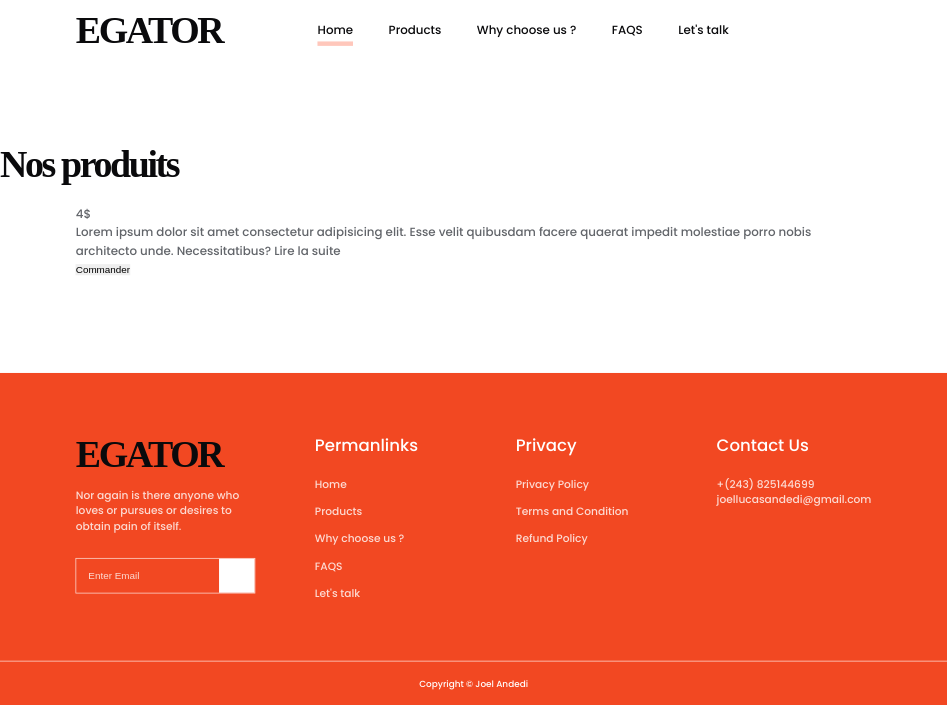
Repository: lucas-andedi/healthy
Page: produit.html
These files come from the project's save history. The page is drawn as it stood at one moment and after the next save; the edit follows.
The browser window is 1280 px wide. The pictures show the whole page, at 74% of full size.
Some icons come from a web library that is not loaded, so they are not drawn. Some web fonts or font styles are not loaded; a fallback is used.

Above is the page before, as saved 2022-07-12 23:10:50.

### produit.html
<!DOCTYPE html>
<html lang="en">
  <head>
    <meta charset="UTF-8" />
    <meta http-equiv="X-UA-Compatible" content="IE=edge" />
    <meta name="viewport" content="width=device-width, initial-scale=1.0" />
    <title>Product website</title>
    <!-- ICONSOUT CDN -->
    <link
      rel="stylesheet"
      href="https://unicons.iconscout.com/release/v2.1.6/css/unicons.css"
    />
    <!-- FONTS -->
    <link
      href="https://fonts.googleapis.com/css2?family=Abhaya+Libre:wght@800&family=Poppins:ital,wght@0,100;0,200;0,300;0,500;0,600;0,700;0,800;0,900;1,100;1,200;1,300;1,400;1,500;1,600;1,700;1,800;1,900&display=swap"
      rel="stylesheet"
    />
    <!-- SWIPER CSS-->
    <link
      rel="stylesheet"
      href="https://unpkg.com/swiper@8/swiper-bundle.min.css"
    />
    <!-- CSS STYLE SHEET -->
    <link rel="stylesheet" href="style.css" />
    <link rel="stylesheet" href="contact.css" />
  </head>
  <body>
    <nav>
      <div class="container">
        <a href="index.html">
          <h2>EGATOR</h2>
        </a>

        <ul>
          <li><a href="index.html" class="active">Home</a></li>
          <li><a href="index.html#products">Products</a></li>
          <li><a href="index.html#why-choose-us">Why choose us ?</a></li>
          <li><a href="faqs.html">FAQS</a></li>
          <li><a href="contact.html">Let's talk </a></li>
        </ul>

        <div class="icons">
          <a href=""><i class="uil uil-search"></i></a>
          <a href=""><i class="uil uil-shopping-basket"></i></a>
          <a href=""><i class="uil uil-user"></i></a>
        </div>

        <button id="menu-btn"><i class="uil uil-bars"></i></button>
        <button id="close-btn">
          <i class="uil uil-bars"></i><i class="uil uil-multiply"></i>
        </button>
      </div>
    </nav>

    <!-- ============ END OF NAVBAR -->

    <section class="produit">
      <h2>Nos produits</h2>
      <div class="container">
        <article>
          <div class="banner">
            <div class="image">
              <img src="" alt="" />
            </div>
            <div class="price">4$</div>
          </div>
          <div class="content">
            <p>
              Lorem ipsum dolor sit amet consectetur adipisicing elit. Esse
              velit quibusdam facere quaerat impedit molestiae porro nobis
              architecto unde. Necessitatibus? <span>Lire la suite</span>
            </p>
          </div>
          <button>Commander</button>
        </article>
      </div>
    </section>

    <footer>
      <div class="container">
        <div class="f1">
          <div class="logo">
            <a href="index.html">
              <h2>EGATOR</h2>
            </a>
          </div>
          <p>
            Nor again is there anyone who loves or pursues or desires to obtain
            pain of itself.
          </p>
          <div class="subscribe">
            <input type="email" name="" id="" placeholder="Enter Email" />
            <button><i class="uil uil-arrow-right"></i></button>
          </div>
        </div>
        <div class="f2">
          <h4>Permanlinks</h4>
          <ul>
            <li><a href="index.html">Home</a></li>
            <li><a href="#products">Products</a></li>
            <li><a href="#why-choose-us">Why choose us ?</a></li>
            <li><a href="faqs.html">FAQS</a></li>
            <li><a href="contact.html">Let's talk </a></li>
          </ul>
        </div>
        <div class="f3">
          <h4>Privacy</h4>
          <ul>
            <li><a href="#">Privacy Policy</a></li>
            <li><a href="#">Terms and Condition</a></li>
            <li><a href="#">Refund Policy</a></li>
          </ul>
        </div>
        <div class="f4">
          <h4>Contact Us</h4>
          <p>+(243) 825144699 joellucasandedi@gmail.com</p>
          <ul class="socials">
            <li>
              <a href="#" target="_blank"
                ><i class="uil uil-instagram-alt"></i
              ></a>
            </li>
            <li>
              <a href="#" target="_blank"><i class="uil uil-facebook"></i></a>
            </li>
            <li>
              <a href="#" target="_blank"><i class="uil uil-twitter"></i></a>
            </li>
          </ul>
        </div>
      </div>

      <div class="copyright">
        <small>Copyright &copy; Joel Andedi </small>
      </div>
    </footer>
    <script src="./main.js"></script>
  </body>
</html>

### style.css
:root {
  --color-primary: #f24822;
  --color-primary-variant: #ffc7bb;
  --color-black: #0a0a0c;
  --color-dark: #62656a;
  --color-white: #fff;
  --color-light: rgba(255, 255, 255, 0.8);

  --width: 84%;
  --mobile-width: 92%;
}
* {
  margin: 0;
  padding: 0;
  outline: 0;
  border: 0;
  text-decoration: none;
  list-style: none;
  box-sizing: border-box;
}

html {
  scroll-behavior: smooth;
}
body {
  font-family: "Poppins", sans-serif;
  color: var(--color-dark);
  background-color: var(--color-white);
}

.container {
  width: var(--width);
  margin: 0 auto;
}

img {
  width: 100%;
}

a {
  color: var(--color-black);
  transition: all 300ms ease;
}
h1,
h2,
h3,
h4,
h5 {
  color: var(--color-black);
  font-family: "Abhaya Libre", serif;
}
h5 {
  color: var(--color-black);
  font-family: "Abhaya Libre", serif;
}

h1 {
  font-size: 6rem;
  letter-spacing: -0.4rem;
  line-height: 0.8;
}
h2 {
  font-size: 3.2rem;
  letter-spacing: -0.2rem;
}
h3 {
  font-size: 2rem;
}
h4,
h5 {
  font-size: 1.4rem;
  font-family: "poppins", sans-serif;
  font-weight: 500;
  color: var(--color-dark);
}

h5 {
  font-size: 0.9rem;
}

.btn {
  padding: 1rem 2rem;
  border-radius: 3rem;
  font-weight: 500;
  background-color: var(--color-black);
  color: var(--color-white);
  border: 1px solid transparent;
  cursor: pointer;
  transition: all 300ms ease;
}

.btn:hover {
  background-color: var(--color-white);
  color: var(--color-black);
  border: 1px solid var(--color-black);
}
.btn-primary {
  background-color: var(--color-primary);
  color: var(--color-white);
}

section {
  max-width: 100vw;
  padding: 12rem 0 0;
}

/* ========== NAVBAR ============== */

nav {
  width: 100vw;
  height: 5rem;
  display: grid;
  place-items: center;
  position: fixed;
  z-index: 2;
  background: white;
}

.window-scroll {
  background-color: var(--color-primary);
  box-shadow: 0 1rem 1rem rgba(0, 0, 0, 0.1);
}
nav button {
  display: none;
}

nav .container {
  display: flex;
  justify-content: space-between;
  align-items: center;
}

nav .container ul {
  display: flex;
  gap: 3rem;
}

nav .container ul a {
  padding: 0 0 0.3rem;
}

nav .container ul a.active {
  border-bottom: 6px solid var(--color-primary-variant);
}

nav .icons {
  display: flex;
  gap: 2rem;
  font-size: 1.2rem;
}

/*  ========= END OF NAVBAR ===== */

/* ========= HEADER =========== */

header {
  background: url("./images/header-vector.png") no-repeat center center/cover;
  height: 100vh;
  max-width: 100vw;
  position: relative;
  top: 5rem;
  display: grid;
  place-items: center;
}

header .container {
  display: grid;
  grid-template-columns: 30rem auto 17rem;
  grid-template-columns: 45rem auto ;
  align-items: center;
  max-height: 100%;
  margin-top: -3rem;
}

header .container .info .delivery {
  background: var(--color-primary-variant);
  width: max-content;
  padding: 0.5rem 2rem;
  border-radius: 2rem;
  color: var(--color-black);
  margin-bottom: 1.5rem;
}

header .container .info .delivery i {
  display: inline-block;
  transform: rotateY(180deg);
  margin-left: 1rem;
}

/* header .container .info h1 {
  font-size: 6rem;
} */

header .container .info p {
  font-size: 1.3rem;
  font-weight: 500;
  margin: 1rem 0 2rem;
}

header .container .info .cta {
  display: flex;
  align-items: center;
}
header .container .info .cta img {
  width: 3.6rem;
  transition: all 300ms ease;
}

header .container .info .cta a:last-child {
  display: flex;
  align-items: center;
  gap: 1rem;
  margin-left: 1.4rem;
  font-weight: 500;
}
header .container .info .cta a:last-child:hover {
  color: var(--color-black);
}

header .container .info .cta a:last-child:hover img {
  filter: saturate(0);
}

/* END OF HEADER */

/* ============ COMMERCIALS ============= */

section#commercial {
  background: var(--color-primary-variant);
  width: 100vw;
  height: 100vh;
  position: fixed;
  top: 0;
  left: 0;
  z-index: 10;
  padding: 0;
  display: grid;
  place-items: center;
  display: none;
}

section#commercial .container {
  width: 74%;
  box-shadow: 0 2rem 3rem rgba(0, 0, 0, 0.5);
}
section#commercial .container video {
  width: 100%;
}

/* ============= PRODUCTS ============== */

section#products .container {
  width: 56%;
}
section#products .container > h2,
section#products .container > p {
  text-align: center;
}

section#products article {
  display: grid;
  grid-template-columns: 1fr 1fr;
  align-items: center;
  margin-top: 5rem;
  /* width: 1000px; */
}
section#products article .info {
  margin: 3rem;
}

section#products article p {
  margin: 1.5rem 0 1rem;
}

section#products article:last-child {
  grid-template-columns: 60% 40%;
}
/* section#products article:first-child image {
  padding-right: 8rem;
} */
section#products article:first-child .image img {
  width: 10rem;
}
section#products article:last-child .image {
  margin-right: -8rem;
}

section#products a:hover {
  text-decoration: underline;
}

/* ========= WHY CHOOSE US =========== */

section#why-choose-us .container .head {
  display: flex;
  justify-content: space-between;
}

section#why-choose-us .container .head .left h4 {
  font-style: italic;
}

section#why-choose-us .container .head .right {
  display: flex;
  gap: 2rem;
  width: 16rem;
}

section#why-choose-us .container .head .right h4 {
  margin-top: 1rem;
  color: var(--color-black);
  font-weight: 700;
}
section#why-choose-us .container article {
  display: grid;
  grid-template-columns: 1fr 1fr;
  align-items: center;
  gap: 3rem;
  margin-top: 6rem;
}

section#why-choose-us .container article h4 {
  margin-bottom: 1.4rem;
  color: var(--color-black);
  font-weight: 700;
}
section#why-choose-us .container article p {
  margin-bottom: 1rem;
}
section#why-choose-us .container article a {
  display: inline-block;
  margin-top: 1rem;
  cursor: pointer;
}

section#why-choose-us .container article a img {
  width: 8rem;
  transition: all 300ms ease;
}

section#why-choose-us .container article a:hover img {
  filter: saturate(0);
}

/*  =============== TRUSTED CLIENTS ============== */

section#trusted-clients h4 {
  text-align: center;
  font-size: 1rem;
  text-transform: uppercase;
  font-weight: 700;
}

section#trusted-clients .clients {
  display: flex;
  align-items: center;
  justify-content: space-between;
  margin-top: 4rem;
}

/* TESTIMONIALS */

.swiper {
  width: var(--width);
  height: 100%;
  margin-top: 12rem;
}

.swiper-wrapper {
  width: var(--width);
  margin-bottom: 3rem;
}

.swiper-slide {
  display: flex;
  align-items: center;
  gap: 5rem;
}

.swiper-slide .details h4 {
  color: var(--color-primary);
  font-size: 1rem;
}

.swiper-slide .details h2 {
  margin: 1rem 0;
}

.swiper-slide .details p {
  margin-bottom: 1rem;
}

.swiper-slide .details h5 {
  color: var(--color-black);
  font-size: 1.3rem;
  font-family: "Abhaya Libre", serif;
  font-weight: 800;
  margin: 1.6rem 0 0.4rem;
}

/* =========== FAQS ============= */

section#faqs h2 {
  text-align: center;
  margin-bottom: 5rem;
}

section#faqs .content {
  display: grid;
  grid-template-columns: 1fr 1fr;
  gap: 1rem;
}

section#faqs .content article {
  padding: 2rem;
  border-radius: 0.5rem;
  display: flex;
  gap: 1.4rem;
  height: fit-content;
  background: var(--color-primary);
  cursor: pointer;
}

section#faqs .content article h4 {
  color: var(--color-white);
  font-size: 1rem;
}

section#faqs .content article i {
  color: var(--color-white);
  font-size: 1.2rem;
}

section#faqs .content article p {
  margin-top: 1rem;
  color: var(--color-light);
  display: none;
}

section#faqs .content article.open p {
  display: block;
}
section#faqs a.btn {
  display: block;
  margin: 0 auto;
  width: 12rem;
  text-align: center;
  margin-top: 1.6rem;
}

/* ========== CTA =============== */

section#cta .container {
  background: var(--color-primary);
  display: flex;
  justify-content: space-between;
  align-items: center;
  padding: 2rem 5rem;
  border-radius: 2rem;
  position: relative;
  height: 20rem;
}
section#cta .container .info {
  width: 26rem;
}
section#cta .container .info h3 {
  margin-bottom: 1rem;
  color: var(--color-white);
}
section#cta .container .info p {
  color: var(--color-light);
}

section#cta .container .image {
  position: absolute;
  top: -4rem;
  right: 35%;
}

section#cta .container .btn {
  align-self: flex-end;
}

/* ========== FOOTER ============= */

footer {
  background-color: var(--color-primary);
  margin-top: 8rem;
  padding-top: 5rem;
  font-size: 0.9rem;
  color: var(--color-light);
}

footer .container {
  display: grid;
  grid-template-columns: repeat(4, 1fr);
  gap: 5rem;
  justify-content: space-between;
}

footer .container h4 {
  color: var(--color-white);
  margin-bottom: 1.6rem;
}

footer .container .f1 .logo {
  width: 6rem;
}

footer .container .f1 p {
  margin: 1rem 0 2rem;
}

footer .container .f1 .subscribe {
  border: 1px solid var(--color-light);
  display: flex;
  align-items: center;
  justify-content: space-between;
  height: 3rem;
}

footer .container .f1 .subscribe input {
  background: transparent;
  color: var(--color-white);
  margin-left: 1rem;
}
footer .container .f1 .subscribe input::placeholder {
  color: var(--color-light);
}
footer .container .f1 .subscribe button {
  background: var(--color-white);
  color: var(--color-black);
  transition: all 300ms ease;
  width: 3rem;
  height: 100%;
  font-size: 1.3rem;
}

footer .container .f1 .subscribe button:hover {
  background: var(--color-light);
  color: var(--color-primary);
  cursor: pointer;
}

footer .container ul li {
  margin-bottom: 1rem;
}
footer .container ul li a {
  color: var(--color-light);
}

footer .container ul li a:hover {
  color: var(--color-white);
  text-decoration: underline;
}

footer .container .f4 p {
  margin-bottom: 1.6rem;
}

footer .container .socials {
  display: flex;
  gap: 1rem;
  font-size: 1.4rem;
}

footer .copyright {
  text-align: center;
  margin-top: 4rem;
  padding: 1.2rem 0;
  color: var(--color-white);
  border-top: 1px solid var(--color-light);
}

/* ============= MEDIA QUERIES ( TABLETS) ============== */

@media screen and (max-width: 1024px) {
  h1 {
    font-size: 4.4rem;
    letter-spacing: 1px;
  }
  h2 {
    font-size: 2.7rem;
    letter-spacing: -1px;
  }

  h3 {
    font-size: 2.2rem;
  }
  h4 {
    font-size: 1.2rem;
  }
  h5 {
    font-size: 0.9rem;
  }

  .container {
    width: var(--mobile-width);
  }

  section {
    overflow-x: hidden;
  }

  /* ============ NAVBAR ================ */

  nav .container {
    width: 100%;
  }

  nav .container .logo {
    margin-left: 1rem;
  }

  nav .container ul {
    position: fixed;
    top: 0;
    left: 0;
    flex-direction: column;
    width: 16rem;
    height: 100vh;
    background-color: var(--color-primary);
    box-shadow: 1rem 0 2rem rgba(0, 0, 0, 0.2);
    z-index: 3;
    display: none;
  }
  nav .container ul li {
    height: 4.6rem;
    display: flex;
    align-items: center;
  }
  nav .container ul li a {
    width: 100%;
    padding: 0 0 1rem;
  }

  nav button {
    display: inline-block;
    cursor: pointer;
    background-color: transparent;
    color: var(--color-black);
    margin-right: 2rem;
    font-size: 1.6rem;
  }
  nav button#close-btn {
    display: none;
  }

  /* ============ HEADER =============== */

  header {
    top: 7rem;
    height: 100%;
  }

  header .container {
    grid-template-columns: 1fr 1fr;
    gap: 0;
    margin-top: 0;
  }
  header .container .details {
    display: none;
  }
  /* ============ PRODUCTS =============== */

  section#products .container {
    width: var(--mobile-width);
  }

  /* ============ PRODUCTS =============== */

  section#faqs h2 {
    margin-bottom: 3rem;
  }
  section#faqs .content {
    grid-template-columns: 1fr;
  }
  section#faqs .content article {
    padding: 1.5rem;
  }

  /* ============ CTA =============== */
  section#cta .container {
    padding: 4rem 2rem;
  }

  section#cta .info {
    width: 56%;
    align-self: flex-start;
  }

  section#cta .container .image {
    position: absolute;
    right: 11rem;
  }

  section#cta .container .btn {
    z-index: 1;
  }

  footer .container {
    grid-template-columns: 1fr 1fr;
  }
}

@media screen and (max-width: 600px) {
  h1 {
    font-size: 3.4rem;
  }

  h2 {
    font-size: 2.4rem;
  }

  h3 {
    font-size: 1.6rem;
  }
  h4 {
    font-size: 0.96rem;
  }

  h5 {
    font-size: 0.7rem;
  }

  p {
    font-size: 0.84rem;
  }

  section {
    padding-top: 8rem;
  }

  /* =========== NAVBAR ============ */

  nav .container .icons {
    gap: 1rem;
  }

  /* =========== HEADER =============== */

  header .container {
    grid-template-columns: 1fr;
    text-align: center;
  }

  header .delivery {
    display: none;
  }

  header .container .info p {
    font-size: 1rem;
  }

  header .container .cta {
    flex-direction: column;
    margin-top: 1.4rem;
    gap: 1rem;
  }
  header .container .header-image {
    grid-row: 1;
    width: 60vw;
    margin: 0 auto;
  }

  /* =========== COMMERCIAL =============== */

  section#commercial .container {
    width: var(--mobile-width);
    margin: auto;
  }

  /* =========== PRODUCTS =============== */

  section#products {
    margin-top: 4rem;
  }

  section#products .container article {
    grid-template-columns: 1fr;
    text-align: center;
    gap: 1.4rem;
  }
  section#products .container article p {
    margin: 1rem 0;
  }
  section#products .container article .image {
    width: 100%;
    padding-left: 5rem;
  }

  /* =========== WHY CHOOSE US ============ */

  section#why-choose-us .container .head .right {
    display: none;
  }

  section#why-choose-us .container article {
    grid-template-columns: 1fr;
    gap: 1rem;
    text-align: center;
  }
  /* =========== TRUSTED CLIENTS ============ */
  section#trusted-clients {
    display: none;
  }
  /* =========== TESTIMONIALS ============ */

  .swiper-slide {
    flex-direction: column;
    gap: 2rem;
  }

  /* =========== CTA ============ */

  section#cta .container {
    flex-direction: column;
    height: fit-content;
    padding: 2rem;
  }
  section#cta .container .info {
    width: 100%;
  }

  section#cta .container .info h3 {
    font-size: 2.3rem;
  }
  section#cta .container .info p {
    font-size: 1rem;
  }
  section#cta .container .image {
    position: relative;
    top: 2rem;
    right: 30%;
  }

  /* ============ FOOTER ============= */

  footer .container {
    grid-template-columns: 1fr;
    gap: 3rem;
    text-align: center;
  }
  footer .container .logo {
    margin: 0 auto;
  }
  footer .socials {
    justify-content: center;
  }

  footer .socials i {
    font-size: 1.5rem;
  }
}

### contact.css
section#contact .container {
    display: grid;
    grid-template-columns: 20rem auto;
    gap: 5rem;
}
section#contact aside {
    background-color: var(--color-primary);
    padding: 2rem;
    font-size: .9rem;
    color: var(--color-light);
}
section#contact aside h4 {
    color: var(--color-black);
    font-size: 1.8rem;
    margin-bottom: .5rem;
    font-weight: 600;
}
section#contact aside article {
    display: flex;
    gap: 1rem;
    margin-top: 2rem;
}
section#contact aside article i {
    color: var(--color-white);
    font-size: 1.2rem;
}
section#contact aside article h5{
    font-weight: 600;
    color: var(--color-white);
}

section#contact form {
    display: flex;
    flex-direction: column;
    gap: 1rem;
}

section#contact form input,
section#contact form textarea {
    padding: 1.4rem;
    background-color: var(--color-primary);
}

section#contact form textarea {
    height: 10rem;
}
section#contact form input::placeholder ,
section#contact form textarea::placeholder {
    color: var(--color-light);
}

section#contact form input:focus ,
section#contact form textarea:focus {
    color: var(--color-white);
    background-color: var(--color-black);
}

section#contact form button {
    width: 8rem;
}

/* MEDIAS QUERIES */

@media screen  and (max-width:600px){
    section#contact .container {
        grid-template-columns: 1fr;
        gap: 2rem;
    }
}

Loaded but not shown: main.js (68 lines, source omitted)

After the next save:
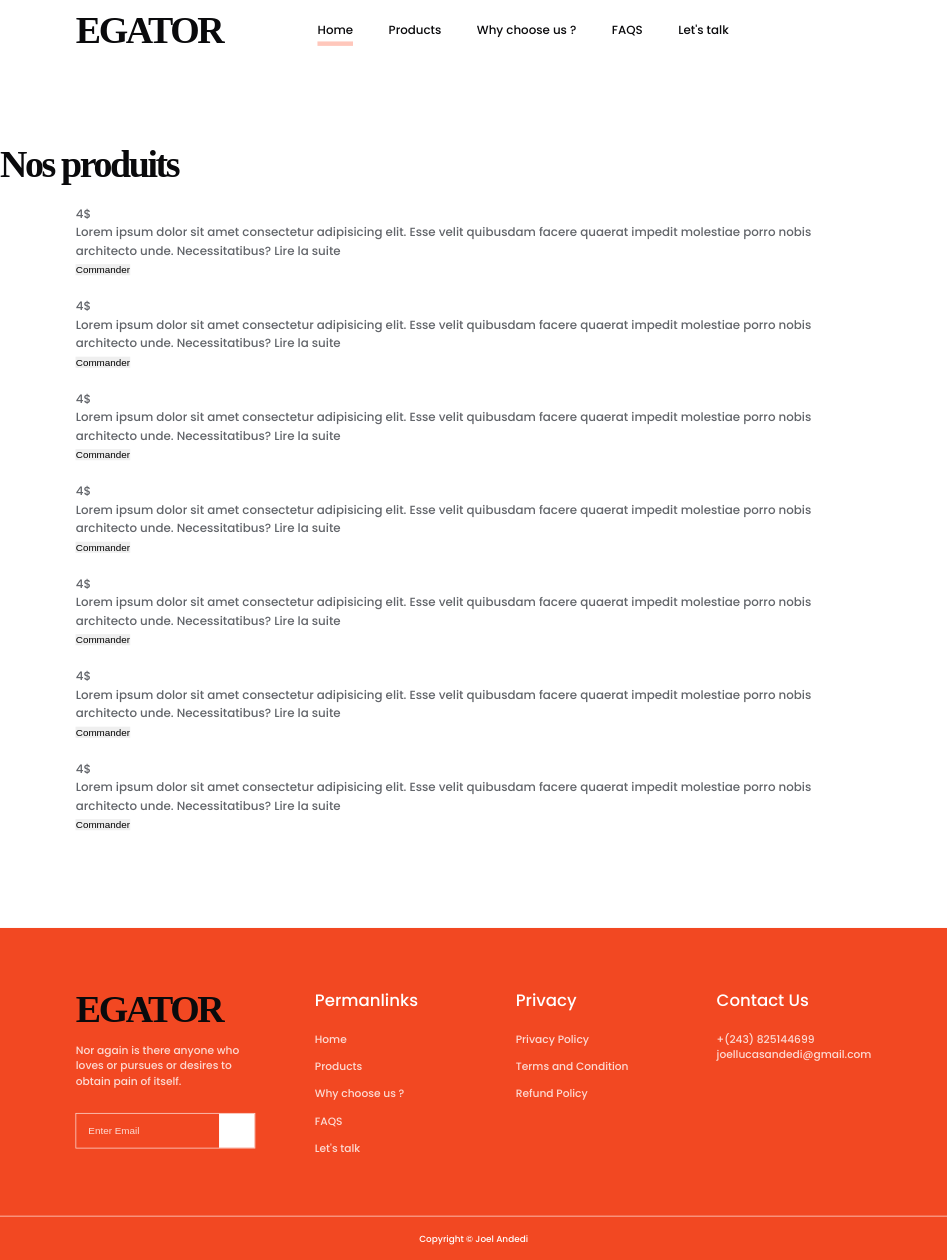
Saved 41 s later.
--- a/produit.html
+++ b/produit.html
@@ -73,6 +73,110 @@
           </div>
           <button>Commander</button>
         </article>
+
+        <article>
+            <div class="banner">
+              <div class="image">
+                <img src="" alt="" />
+              </div>
+              <div class="price">4$</div>
+            </div>
+            <div class="content">
+              <p>
+                Lorem ipsum dolor sit amet consectetur adipisicing elit. Esse
+                velit quibusdam facere quaerat impedit molestiae porro nobis
+                architecto unde. Necessitatibus? <span>Lire la suite</span>
+              </p>
+            </div>
+            <button>Commander</button>
+          </article>
+
+          <article>
+            <div class="banner">
+              <div class="image">
+                <img src="" alt="" />
+              </div>
+              <div class="price">4$</div>
+            </div>
+            <div class="content">
+              <p>
+                Lorem ipsum dolor sit amet consectetur adipisicing elit. Esse
+                velit quibusdam facere quaerat impedit molestiae porro nobis
+                architecto unde. Necessitatibus? <span>Lire la suite</span>
+              </p>
+            </div>
+            <button>Commander</button>
+          </article>
+
+          <article>
+            <div class="banner">
+              <div class="image">
+                <img src="" alt="" />
+              </div>
+              <div class="price">4$</div>
+            </div>
+            <div class="content">
+              <p>
+                Lorem ipsum dolor sit amet consectetur adipisicing elit. Esse
+                velit quibusdam facere quaerat impedit molestiae porro nobis
+                architecto unde. Necessitatibus? <span>Lire la suite</span>
+              </p>
+            </div>
+            <button>Commander</button>
+          </article>
+
+          <article>
+            <div class="banner">
+              <div class="image">
+                <img src="" alt="" />
+              </div>
+              <div class="price">4$</div>
+            </div>
+            <div class="content">
+              <p>
+                Lorem ipsum dolor sit amet consectetur adipisicing elit. Esse
+                velit quibusdam facere quaerat impedit molestiae porro nobis
+                architecto unde. Necessitatibus? <span>Lire la suite</span>
+              </p>
+            </div>
+            <button>Commander</button>
+          </article>
+
+          <article>
+            <div class="banner">
+              <div class="image">
+                <img src="" alt="" />
+              </div>
+              <div class="price">4$</div>
+            </div>
+            <div class="content">
+              <p>
+                Lorem ipsum dolor sit amet consectetur adipisicing elit. Esse
+                velit quibusdam facere quaerat impedit molestiae porro nobis
+                architecto unde. Necessitatibus? <span>Lire la suite</span>
+              </p>
+            </div>
+            <button>Commander</button>
+          </article>
+
+          <article>
+            <div class="banner">
+              <div class="image">
+                <img src="" alt="" />
+              </div>
+              <div class="price">4$</div>
+            </div>
+            <div class="content">
+              <p>
+                Lorem ipsum dolor sit amet consectetur adipisicing elit. Esse
+                velit quibusdam facere quaerat impedit molestiae porro nobis
+                architecto unde. Necessitatibus? <span>Lire la suite</span>
+              </p>
+            </div>
+            <button>Commander</button>
+          </article>
+
+
       </div>
     </section>
 
